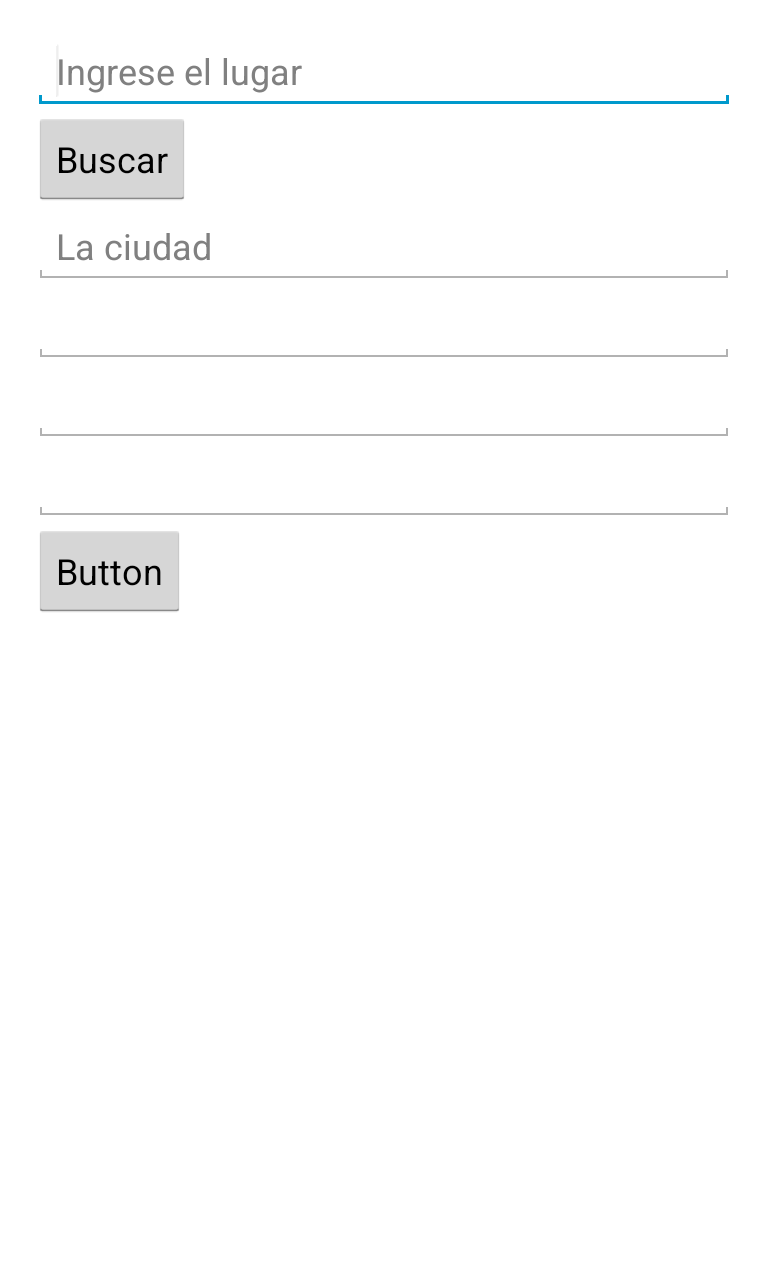
Repository: unmultimedio/android-cymetria-manizales
Layout: workspace/Weather/res/layout/fragment_main.xml
An editor plug-in stored every save of this project. The layout is shown before and after the next save, followed by the edit.
It is drawn on a 768 x 1280 px phone screen (xhdpi) without system bars, with theme AppTheme; the app's code is not run.

Above is the layout before, as saved 2014-07-25 23:27:20.

After the next save:
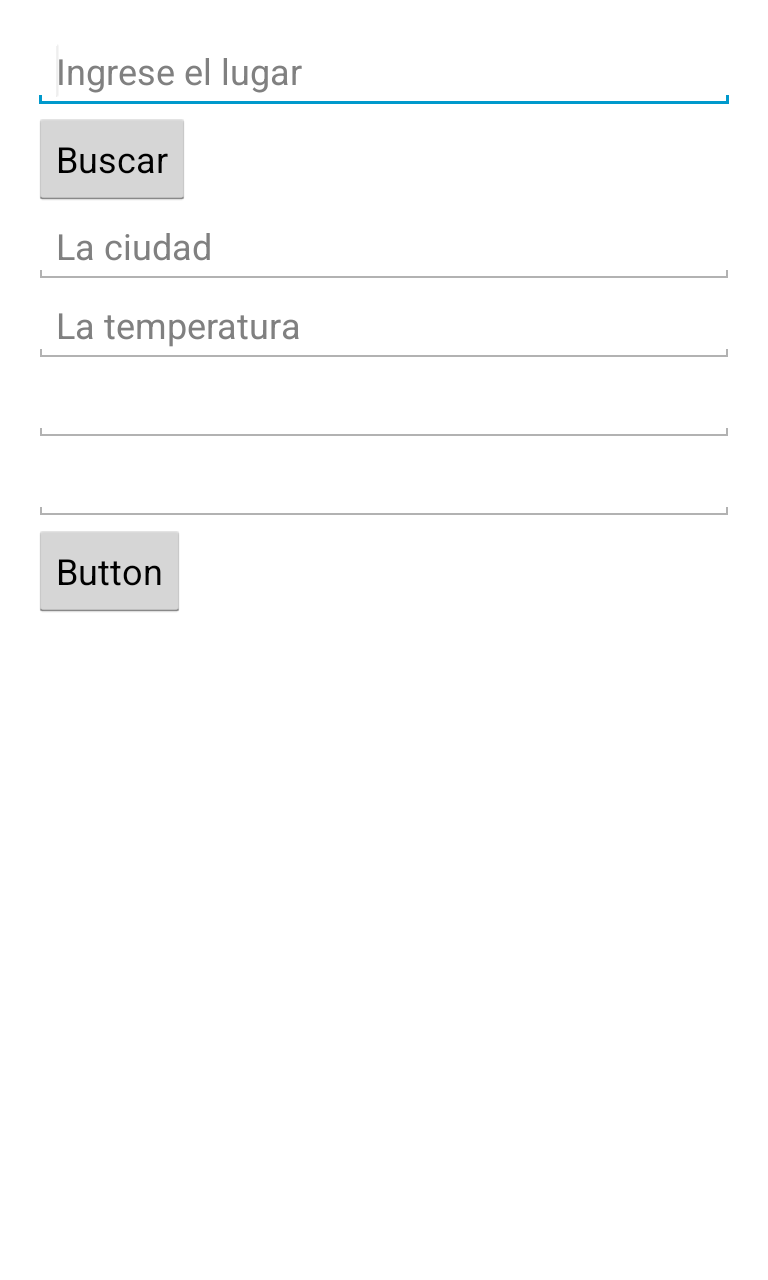
Saved 15 s later.
--- a/workspace/Weather/res/layout/fragment_main.xml
+++ b/workspace/Weather/res/layout/fragment_main.xml
@@ -37,7 +37,8 @@
         android:id="@+id/temperature"
         android:layout_width="match_parent"
         android:layout_height="wrap_content"
-        android:ems="10" />
+        android:ems="10"
+        android:hint="La temperatura" />
 
     <EditText
         android:id="@+id/editText4"
